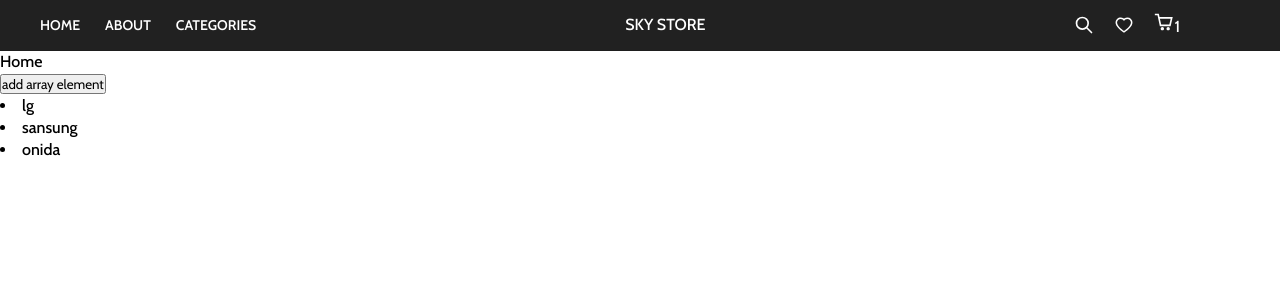
Repository: suraj-yadav7/ecommerce
Page: /
The author's editor kept a copy of each file at every save. The page is drawn from the files as they stood at one save, then again after the next save.
The browser window is 1280 px wide. The pictures show the whole page.
The project was rebuilt for these pictures with package versions that can differ from the ones it lists, and the page was loaded fresh each time. Also part of the build but not shown: src/components/Home/Home.scss, src/components/Category/Category.scss, src/components/Category/Category.jsx, src/components/SingleProduct/SingleProduct.scss, src/components/SingleProduct/SingleProduct.jsx, src/App.scss, src/components/Header/Search/Search.scss, src/components/Header/Search/Search.jsx and 2 more.

Above is the page before, as saved 2023-06-16 15:26:23.

### src/index.jsx
import React from 'react';
import ReactDOM from 'react-dom/client';
import './index.scss';
import App from './App';
import { Provider } from 'react-redux';
import store from './store/store';

const root = ReactDOM.createRoot(document.getElementById('root'));
root.render(
<Provider store={store}>
    <App />
</Provider>
);

### src/App.jsx
import React from 'react';
import { BrowserRouter as Router, Routes, Route } from 'react-router-dom';
import Home from "./components/Home/Home"
import Category from "./components/Category/Category"
import SingleProduct from "./components/SingleProduct/SingleProduct"
import './App.scss';
import Header from './components/Header/Header';

function App() {
  return (
   <>
   <Router>
    <Header/>
    <Routes>
        <Route exact path="/" element={<Home/>} />
        <Route exact path="/category/:id" element={<Category/>} />
        <Route exact path="/product/:id" element={<SingleProduct/>} />
    </Routes>
   </Router>
   </>
  );
}

export default App;

### src/store/store.jsx
import { configureStore } from "@reduxjs/toolkit";
import productSlice from "./slices/productSlice";


const store = configureStore({
    reducer:{
        product:productSlice
    }
})

export default store;

### src/components/Home/Home.jsx
import { useDispatch, useSelector } from "react-redux";
import "./Home.scss";
import { addElement } from "../../store/slices/productSlice";


const Home = () => {
    const dispatch = useDispatch()
    const data = useSelector((state)=> state.product.data)
    return(
     <>
     <div>Home</div>
     <button onClick={()=>dispatch(addElement("sonyBravia"))}>add array element</button>
        <div className="list">
     {

        data.map((elem,index)=>(
            <li key={index}>{elem}</li>
        ))

    }
        </div>
     </>


    )
};

export default Home;

### src/components/Header/Header.jsx
import "./Header.scss";
import Search from "./Search/Search"
import Cart from "../Cart/Cart"
import { TbSearch } from "react-icons/tb"
import { CgShoppingCart } from "react-icons/cg"
import { AiOutlineHeart } from "react-icons/ai"
import "./Header.scss"

const Header = () => {
    return (
        <>
            <header className="main-header">
                <div className="header-content">
                    <ul className="left" >
                        <li>Home</li>
                        <li>About</li>
                        <li>Categories</li>
                    </ul>
                    <div className="center"> SKY STORE</div>
                    <div className="right">
                        <TbSearch />
                        <AiOutlineHeart />
                        <span className="cart-icon">
                            <CgShoppingCart />1
                        </span>
                    </div>
                </div >
            </header >
        </>
    )
};

export default Header;

### src/store/slices/productSlice.jsx
import { createSlice } from "@reduxjs/toolkit";

const productSlice = createSlice({
    name:"productSlice",
    initialState:{
        data:["lg", "sansung", "onida"],
        loading:false,
        error:null
    },

    reducers:{
        addElement:(state, action)=>{
            state.data.push(action.payload)
        },

    },

    extraReducers:{

    }


})

export default productSlice.reducer

export const {addElement}= productSlice.actions;

### src/components/Header/Header.scss
@import "../../css-config/mixins.scss";

.main-header {
    width: 100%;
    padding: 0 20px;
    background-color:#212121;
    color: white;
    border-bottom: 1px solid rgba(0, 0, 0, 0.1);
    z-index: 99;
    @include md{
        padding: 0 40px;
    }
    .header-content {
    display: flex;
    justify-content: space-between;
    align-items: center;
    height: 50px;
    max-width: 95%;
    .left {
        list-style-type: none;
        display: flex;
        gap: 25px;
        li{
            font-size: 14px;
            font-weight: 600;
            text-transform: uppercase;
            cursor: pointer;
        }
    }
    •center {
        font-size: 22px;
        font-weight: 700;
        cursor: pointer;
    }
    .right {
        display: flex;
        align-items: center;
        gap: 20px;
        svg{
            font-size: 20px;
            cursor: pointer;
        }
        .cart-icon{
            position: relative;
            span{
                min-width: 20px;
                text-align: center;
                background-color: #8e2de2;
                padding: 2.5px;
                position: absolute;
                top: -5px;
                right: -12px;
                font-size: 12px;
                line-height: 1;
                border-radius: 10px;

            }
        }
    }

    }
}

Loaded but not shown: public/index.html (common file); src/index.scss (common file); src/css-config/mixins.scss (common file)

After the next save:
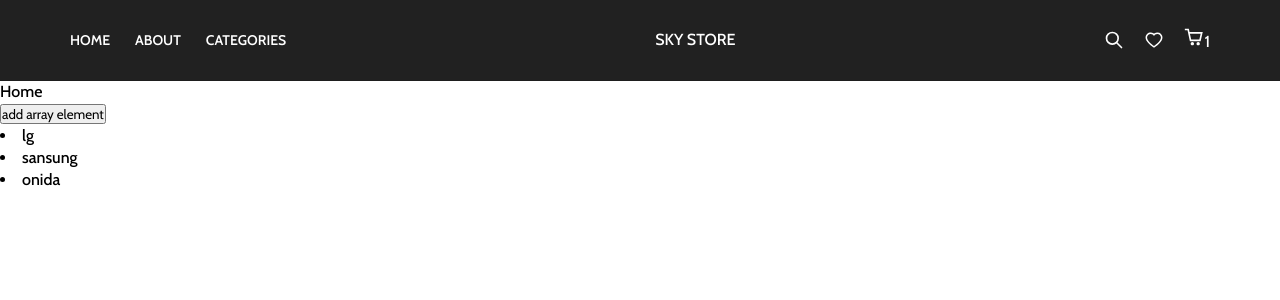
Saved 2 min 48 s later.
--- a/src/components/Header/Header.scss
+++ b/src/components/Header/Header.scss
@@ -16,10 +16,17 @@
     align-items: center;
     height: 50px;
     max-width: 95%;
+    margin: 0 auto;
+    @include md{
+        height: 80px;
+    }
     .left {
         list-style-type: none;
-        display: flex;
+        display: none;
         gap: 25px;
+        @include md{
+            display: flex;
+        }
         li{
             font-size: 14px;
             font-weight: 600;
